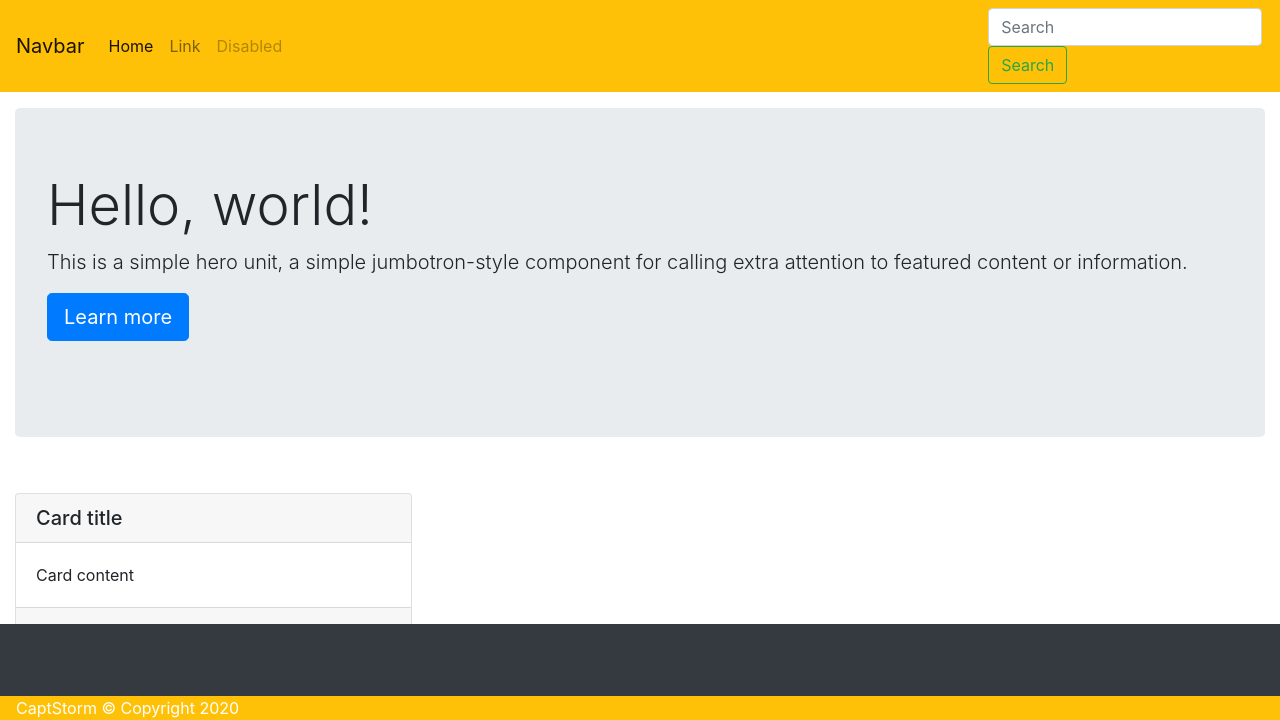
Repository: CaptainStorm21/complete-react16-bootstrap-passing-props
Page: /
These files come from the project's save history. The page is drawn as it stood at one moment and after the next save; the edit follows.
The browser window is 1280 px wide. The pictures show the whole page.
The project was rebuilt for these pictures with package versions that can differ from the ones it lists, and the page was loaded fresh each time.

Above is the page before, as saved 2020-04-23 14:43:39.

After the next save:
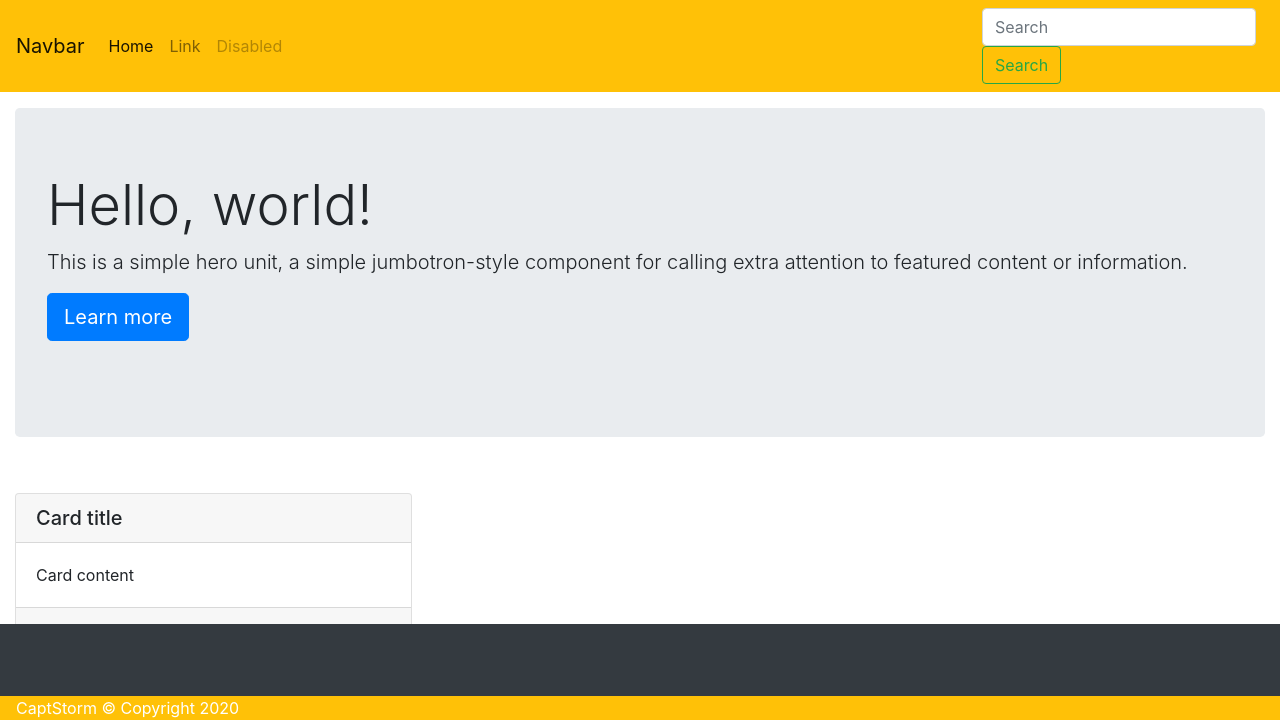
Saved 10 s later.
--- a/src/components/layout/Navbar.js
+++ b/src/components/layout/Navbar.js
@@ -21,7 +21,7 @@ function Navbar() {
         <a className="nav-link disabled" href="#" tabindex="-1" aria-disabled="true">Disabled</a>
       </li>
     </ul>
-    <form className="form-inline my-2 my-lg-0 col-3">
+    <form className="form-inline my-2 my-lg-0">
       <input className="form-control mr-sm-2" type="search" placeholder="Search" />
       <button className="btn btn-outline-success my-2 my-sm-0" type="submit">Search</button>
     </form>
